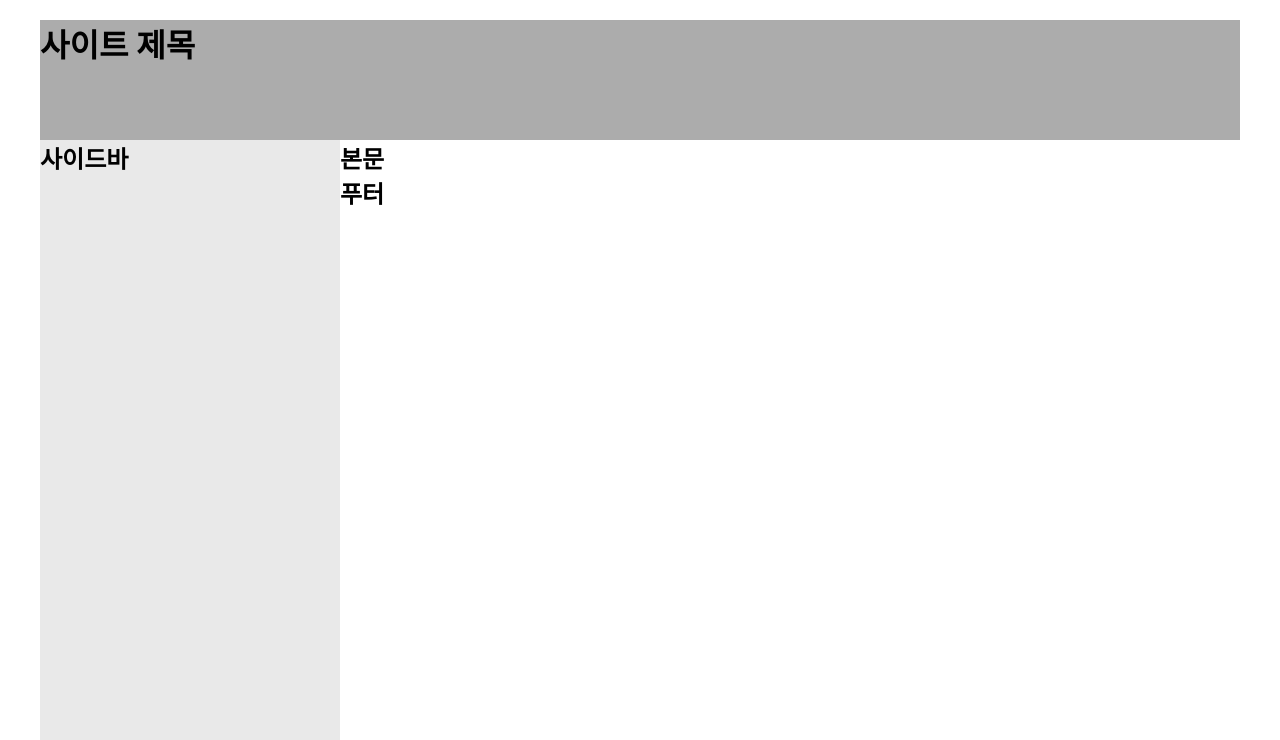
Repository: topyoungil/CodeMemories-ByJake
Page: HTML_CSS/WebContent/test/1003_css/2column.html
The author's editor kept a copy of each file at every save. The page is drawn from the files as they stood at one save, then again after the next save.
The browser window is 1280 px wide. The pictures show the whole page.

Above is the page before, as saved 2022-10-03 06:23:27.

After the next save:
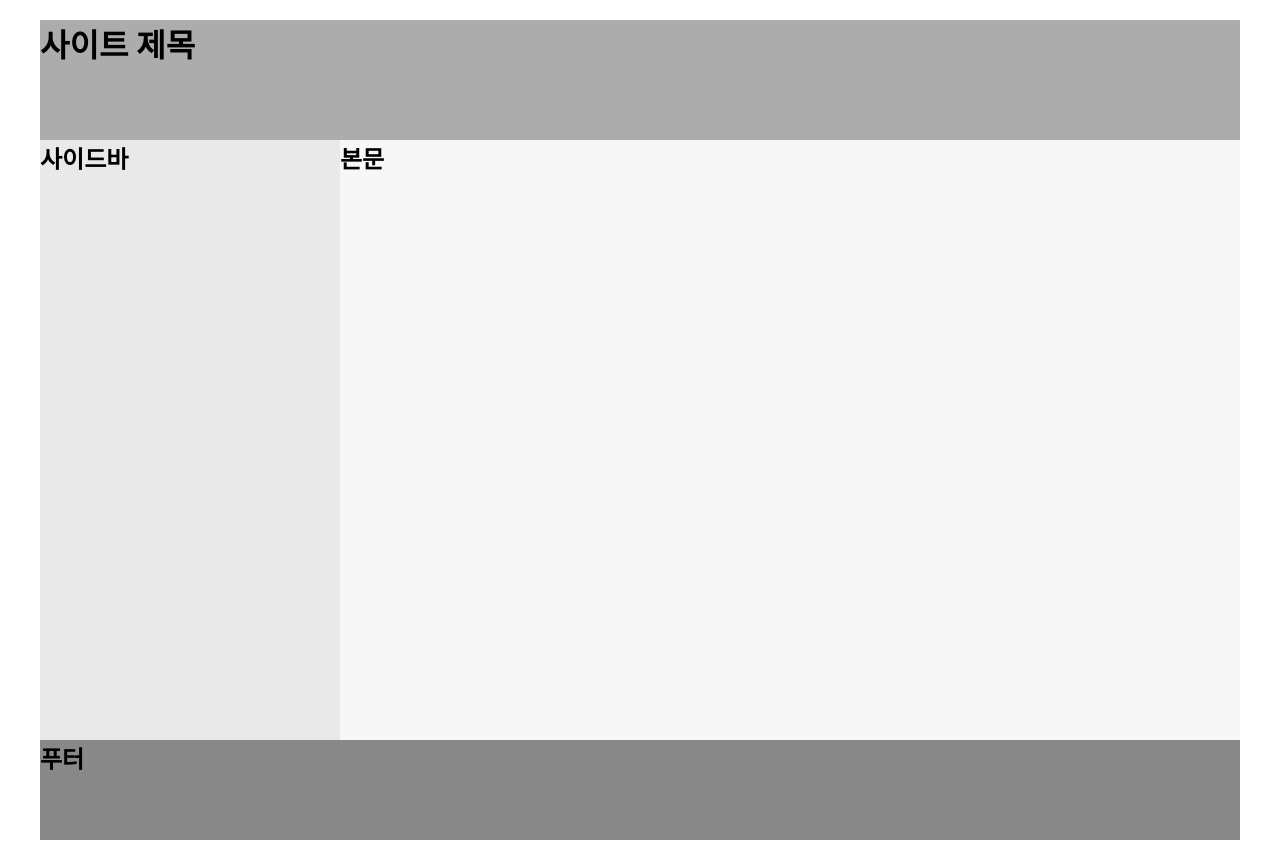
Saved 2 min 15 s later.
--- a/HTML_CSS/WebContent/test/1003_css/2column.html
+++ b/HTML_CSS/WebContent/test/1003_css/2column.html
@@ -27,6 +27,20 @@
 		background-color: #e9e9e9;
 		float: left;
 	}
+
+	#contents {
+		width: 900px;
+		height: 600px;
+		background-color: #f7f7f7;
+		float: left;
+	}
+
+	#footer {
+		width: 100%;
+		height: 100px;
+		background-color: #888888;
+		clear: left;
+	}
 </style>
 </head>
 <body>
